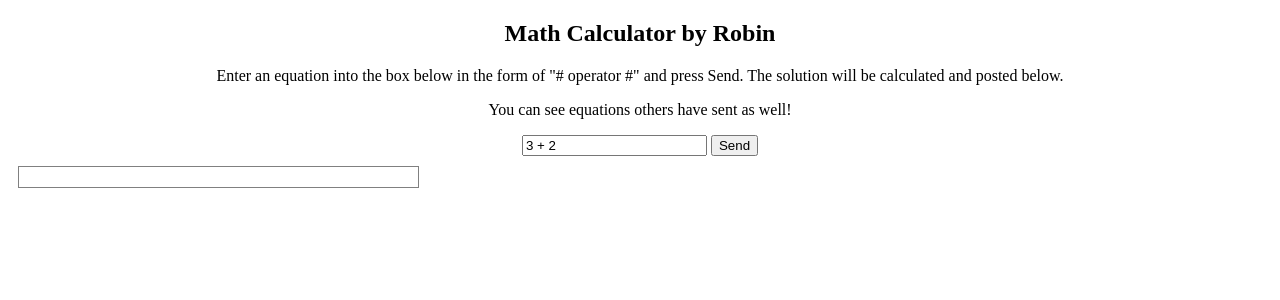
Repository: robinexcalibur/BasicMathServer
Page: EclipseMathWebServer/MathWebServer/WebContent/index.html
An editor plug-in stored every save of this project. The page is shown before and after the next save, followed by the edit.
The browser window is 1280 px wide. The pictures show the whole page.
The page's requests for data from a server got no answer.

Above is the page before, as saved 2020-05-27 19:08:27.

After the next save:
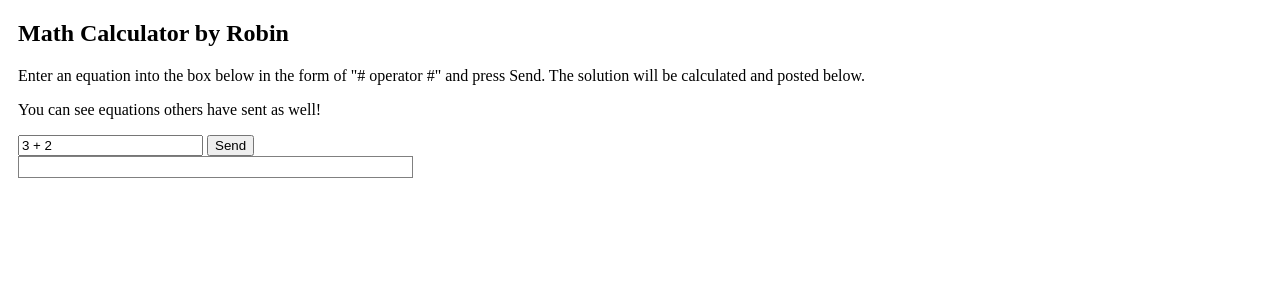
Saved 66 s later.
--- a/EclipseMathWebServer/MathWebServer/WebContent/index.html
+++ b/EclipseMathWebServer/MathWebServer/WebContent/index.html
@@ -33,14 +33,14 @@
 	</script>
 </head>
 <body onload="getEquations()">
-	<div style="text-align: center;">
+	<div style="margin: 10px;">
 		<h2>Math Calculator by Robin</h2>
 		<p>Enter an equation into the box below in the form of "# operator #" and press Send. The solution will be calculated and posted below.</p>
 		<p>You can see equations others have sent as well!</p>
 		<input id="equation" type="text" name="equation" value="3 + 2">
 		<input type="submit" value="Send" onclick="postEquation()">
 
-		<div id="equa" style="padding:10px; margin: 10px; border: 1px solid grey;width:30%; left: 50%;"></div>
+		<div id="equa" style="padding:10px; border: 1px solid grey;width:30%;"></div>
 	</div>
 
 </body>
